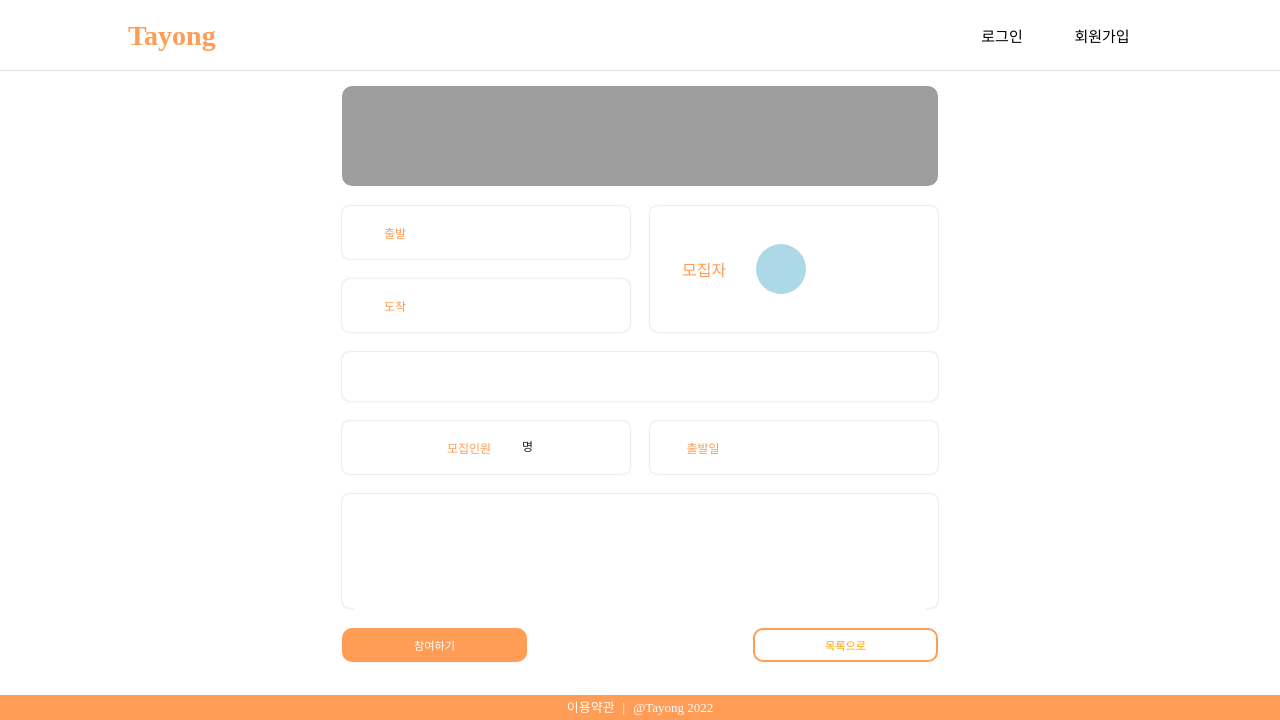
Repository: YEOMJINSEOP/Tayong
Page: /detail (app in react/)
An editor plug-in stored every save of this project. The page is shown before and after the next save, followed by the edit.
The browser window is 1280 px wide. The pictures show the whole page.
Pictures or frames that could not be fetched are drawn as grey boxes. The page's requests for data from a server got no answer. Some web fonts or font styles are not loaded; a fallback is used. The project was rebuilt for these pictures with package versions that can differ from the ones it lists, and the page was loaded fresh each time. No one was signed in, and anything a server would have sent is missing. Also part of the build but not shown: react/src/components/departure/departure.jsx, react/src/components/arrival/arrival.jsx, react/src/components/locationSelector/locationSelector.jsx, react/src/pages/Home.jsx, react/src/components/meet/meet.jsx, react/src/components/list/meetList.jsx, react/src/pages/List.jsx, react/src/components/form/form.jsx and 5 more.

Above is the page before, as saved 2022-12-09 10:30:18.

### react/public/index.html
<!DOCTYPE html>
<html lang="en">
  <head>
    <base href="/" />
    <meta charset="utf-8" />
    <link rel="icon" href="%PUBLIC_URL%/favicon.ico" />
    <meta name="viewport" content="width=device-width, initial-scale=1" />
    <meta name="theme-color" content="#000000" />
    <meta
      name="description"
      content="Web site created using create-react-app"
    />
    <link rel="apple-touch-icon" href="%PUBLIC_URL%/logo192.png" />
    <!--
      manifest.json provides metadata used when your web app is installed on a
      user's mobile device or desktop. See https://developers.google.com/web/fundamentals/web-app-manifest/
    -->
    <link rel="manifest" href="%PUBLIC_URL%/manifest.json" />
    <!--
      Notice the use of %PUBLIC_URL% in the tags above.
      It will be replaced with the URL of the `public` folder during the build.
      Only files inside the `public` folder can be referenced from the HTML.

      Unlike "/favicon.ico" or "favicon.ico", "%PUBLIC_URL%/favicon.ico" will
      work correctly both with client-side routing and a non-root public URL.
      Learn how to configure a non-root public URL by running `npm run build`.
    -->
    <title>React App</title>
  </head>
  <body>
    <noscript>You need to enable JavaScript to run this app.</noscript>
    <div id="root"></div>
    <!--
      This HTML file is a template.
      If you open it directly in the browser, you will see an empty page.

      You can add webfonts, meta tags, or analytics to this file.
      The build step will place the bundled scripts into the <body> tag.

      To begin the development, run `npm start` or `yarn start`.
      To create a production bundle, use `npm run build` or `yarn build`.
    -->
  </body>
</html>

### react/src/App.module.css
:root{

  /* color */
  --color-orange: #FF9C55;
  --color-light-grey: #e0e0e0;
  --color-white: #ffffff;
  --color-black: #201F1E;


  /* font family */
  --font-famiy-pretendard-regular: 'Pretendard-Regular';
  --font-family-leferipoint-black: 'LeferiPoint-BlackA';
  --font-family-leferibase-regular: 'LeferiBaseType-RegularA';
  --font-family-leferibase-bold:  'LeferiBaseType-BoldA';

  /* font size */
  --font-large: 48px;
  --font-medium: 28px;
  --font-regular: 18px;
  --font-small: 14px;
  --font-semi-small: 12px;
  --font-micro: 10px;

  /* font weight */
  --weight-pretendard-thin:  100;
  --weight-pretendard-extraLight:  200;
  --weight-pretendard-light: 300;
  --weight-pretendard-regular: 400;
  --weight-pretendard-medium:  500;
  --weight-pretendard-semiBold:  600;
  --weight-pretendard-bold:  700;
  --weight-pretendard-extraBold: 800;
  --weight-pretendard-black: 900;

  --weight-leferi-point-white: 200;
  --weight-leferi-point-black: 700;

  --weight-leferi-base-regular: 400;
  --weight-leferi-base-bold: 700;

 /* border weight */
 --border-weight: 1.5px;

 /* border radius */
 --border-radius: 0.7rem;
}

/* universal setting*/
*{
  margin: 0;
  box-sizing: border-box;
}

@font-face {
  font-family: 'LeferiPoint-BlackA';
  src: url('https://cdn.jsdelivr.net/gh/projectnoonnu/noonfonts_2201-2@1.0/LeferiPoint-BlackA.woff') format('woff');
  font-weight: normal;
  font-style: normal;
}


@font-face {
  font-family: 'LeferiBaseType-BoldA';
  src: url('https://cdn.jsdelivr.net/gh/projectnoonnu/noonfonts_2201-2@1.0/LeferiBaseType-BoldA.woff') format('woff');
  font-weight: normal;
  font-style: normal;
}

@font-face {
  font-family: 'LeferiBaseType-RegularA';
  src: url('https://cdn.jsdelivr.net/gh/projectnoonnu/noonfonts_2201-2@1.0/LeferiBaseType-RegularA.woff') format('woff');
  font-weight: normal;
  font-style: normal;
}

@font-face {
  font-family: 'Pretendard-Regular';
  src: url('https://cdn.jsdelivr.net/gh/Project-Noonnu/noonfonts_2107@1.1/Pretendard-Regular.woff') format('woff');
  font-weight: 400;
  font-style: normal;
}



input:focus{
  outline: none;
}

button{
  border: none;
  cursor: pointer;
  background-color: transparent;
}

### react/src/pages/Detail.jsx
import React from 'react';
import Footer from '../components/footer/footer';
import Header from '../components/header/header';
import MeetDetail from '../components/meetDetail/meetDetail'

function Detail(props) {
  return (
    <>
      <Header/>
      <MeetDetail/>
      <Footer/>
    </>
  );
}

export default Detail;

### react/src/components/header/header.jsx
import React from 'react';
import { useEffect } from 'react';
import { useState } from 'react';
import { useNavigate } from 'react-router-dom';
import styles from './header.module.css';
import getData from '../../service/getData';

function Header(props) {
  const navigate = useNavigate();
  const[loginId, setLoginId] = useState("로그인");
  const[loginSucceed, setLoginSucceed] = useState(0);

  const showLoginId = () => {
    if(loginSucceed == 1){
      return loginId;
    }
    else{
      return '로그인';
    }
  }

  const showSignUp = () => {
    if(loginSucceed == 1){
      return "";
    }
    else{
      return '회원가입'
    }
  }

  useEffect(() => {
    const getUrl = 'https://yw1nspc2nl.execute-api.ap-northeast-2.amazonaws.com/dev/loginValue';
    getData(getUrl)
      .then(data => {
        const isLoginSucceed = JSON.parse(data.data['loginSuccess']);
        const loginId = data.data['loginId'];
        console.log(isLoginSucceed);
        setLoginSucceed(isLoginSucceed);
        setLoginId(loginId);
      })
  })

  return (
    <>
      <nav className={styles.navbar}>
        <p className={styles.logo} onClick={() => {
          navigate(`/`)
        }} >Tayong</p>
        <div className={styles.navbarBtn}>
          <button className={styles.btn} onClick={() => {navigate('/login')}}>{showLoginId()}</button>
          <button className={styles.btn} onClick={() => {navigate('/signup')}}>{showSignUp()}</button>
        </div>
      </nav>
    </>
  );
}

export default Header;

### react/src/components/footer/footer.jsx
import React from 'react';
import styles from './footer.module.css';

function Footer(props) {
  return (
     <footer className={styles.footer}>
      <p className={styles.contract}>이용약관</p>
      <span className={styles.divider}>  |  </span>
      <p className={styles.name}>@Tayong 2022</p>
     </footer>
  );
}

export default Footer;

### react/src/components/meetDetail/meetDetail.jsx
import React, { useState } from 'react';
import styles from './meetDetail.module.css'
import { FiCalendar} from 'react-icons/fi';
import axios from 'axios';
import { useEffect } from 'react';
import { useNavigate, useParams } from 'react-router-dom';
import getData from '../../service/getData';
import postData from '../../service/postData';

function MeetDetail(props) {

  const navigate = useNavigate();


  const [departure, setDeparture] = useState("");
  const [arrival, setArrival] = useState("");
  const [remainingTime, setRemainingTime] = useState("");
  const [recruitment, setRecruitment] = useState("");
  const [transport, setTransport] = useState("");
  const [hostId, setHostId] = useState("");
  const [title, setTitle] = useState("");
  const [content, setContent] = useState("");
  const [randomKey, setRandomKey] = useState("");
  const[loginId, setLoginId] = useState("로그인");

  //-----------------ML 파트 결과 받아오기--------------------//
  const[resultML, setResultML] = useState(0);
  // 99번째 줄로 이동
  // 아직 받아와서 실행하는 코드는 없음.
  //----------------------------------------------//


  const imgTransport = 'https://img.freepik.com/free-photo/man-driving-car-from-rear-view_1359-494.jpg?w=1800&t=st=1667398765~exp=1667399365~hmac=8304fbbb3ab8792ecbc4535a7e8d5241ae499a2c44d4922f5de295d8b8df3d8f';
  const imgTaxi = 'https://img.freepik.com/free-photo/taxi-sign-roof-top-car_74190-1728.jpg?w=1800&t=st=1667398413~exp=1667399013~hmac=efcccc4afa78711c2ff1407418bf496be6c0ddf73fe37c1c3ecf06f936d5bc24';


  //-----------------참여하기 버튼--------------------//
  // 로그인 정보 받아오기
  useEffect(() => {

    const getUrl = 'https://yw1nspc2nl.execute-api.ap-northeast-2.amazonaws.com/dev/loginValue';
    getData(getUrl)
      .then(data => {
        const loginId = data.data['loginId'];
        setLoginId(loginId);
      })
  }, [])


  // 참여하기 버튼 누르면 id와 meetId 전송하기
  const onJoinHandler = () => {
    // 참여하는 loginId를 participateUrl로 post합니다.
    const joinUrl = "https://yw1nspc2nl.execute-api.ap-northeast-2.amazonaws.com/dev/participate"

    // 로그인 되어있지 않으면 경고창을 띄웁니다.
    if(loginId == '로그인'){
      alert('참여하려면 로그인이 필요합니다');
    }

    // 로그인 되어있으면 참여 데이터를 전송하고, 해당 모임 페이지로 이동합니다. 이때 randomKey로 url 이동합니다.
    else{
      let joinData = {
        loginId: loginId,
        randomKey: {randomKey}  // 참여하기 버튼을 누르면 로그인 한 아이디와, randomKey가 joinData로 전송됩니다.
      }
      console.log('joinData', joinData);
      postData(joinUrl, joinData);
      navigate(`/participate/${randomKey}`);
    }
  }

  //----------------------------------------------//


//-----------------데이터 받아오기-------------------//
  let param = useParams();

  useEffect(() => {
    fetch('https://yw1nspc2nl.execute-api.ap-northeast-2.amazonaws.com/dev/getmeetdetail')
    .then(res => res.json())
    .then(data => {

      var k=0;
      for (var i = 0; i < JSON.parse(data['body']).length; i++) {
        if(JSON.parse(data['body'])[i].randomKey==param['*'].split('/')[0]){     // 이제 제목이 아닌 randomKey로 해당 모임 정보를 가져옵니다!
            k=i;

        }

      }
      // console.log("dd"+param['*'].split('/'));
      setDeparture(JSON.parse(data['body'])[k].departure);
      setArrival(JSON.parse(data['body'])[k].arrival);
      setRemainingTime(JSON.parse(data['body'])[k].remainingTime);
      setRecruitment(JSON.parse(data['body'])[k].recruitment);
      setTransport(JSON.parse(data['body'])[k].transport);
      setTitle(JSON.parse(data['body'])[k].title);
      setContent(JSON.parse(data['body'])[k].content);
      setHostId(JSON.parse(data['body'])[k].id);
      setRandomKey(JSON.parse(data['body'])[k].randomKey);   // randomKey를 meetDetail에서도 받아와서 갖고 있습니다.
      // setResultML(JSON.parse(data['body'])[k].ML_recognition); // ML_recognition 받아와서 resultML로 저장
      console.log("this meet UUID = ",JSON.parse(data['body'])[k].randomKey);

    });
  }, [])
  //----------------------------------------------//
  const selectImg = (transport) => {
    if(transport == '자가용'){
      return imgTransport;
    } else{
      return imgTaxi;
    }
  }

  return (
    <div className={styles.container}>
        <img className={styles.imgTransport} src= {selectImg(`${transport}`)} alt="transport image" />
        <div className={styles.locAndUserContainer}>
          <div className={styles.location}>
            <div className={styles.departure}>
              <label className={styles.meetDetailLable} htmlFor='departure'>출발</label>
              <input type="text" id='departure' name='departure' value={departure} readOnly/>
            </div>
            <div className={styles.arrival}>
              <label className={styles.meetDetailLable} htmlFor='arrival'>도착</label>
              <input type="text" id='arrival' name='arrival' value={arrival} readOnly/>
            </div>
          </div>
          <div className={styles.user}>
            <div className={styles.userInfo}>
              <div className={styles.userInfoInfo}>모집자</div>
              <div className={styles.userAvatar}></div>
              <p>{hostId}</p>
            </div>
          </div>
        </div>
        <input className={styles.title} type="text" id='title' name='title' value={title} readOnly/>
        <div className={styles.info}>
          <div className={styles.recruitment}>
            <label className={styles.meetDetailLable} htmlFor='recruitment'>모집인원</label>
            <input type="text" id='recruitment' name='recruitment' value={recruitment} readOnly/>
            <p>명</p>
          </div>
          <div className={styles.remainingTime}>
            <label className={styles.meetDetailLable} htmlFor='remainingTime'>출발일</label>
            <input  type="text" id='remainingTime' name='remainingTime' value={remainingTime} readOnly/>
          </div>
        </div>

        <div className={styles.content}>
            <textarea cols="88" rows="6" maxLength="300" name='content' value={content} readOnly></textarea>
        </div>

        <div className={styles.btns}>
          <button className={styles.btn_join} onClick={onJoinHandler}>참여하기</button>
          {/* <button className={styles.btn_chat}><a href="http://tayongchat.s3-website.ap-northeast-2.amazonaws.com/">채팅하기</a></button> */}
          <button className={styles.btn_backToList} onClick={() => {
            navigate(-1);
          }}>목록으로</button>
        </div>
    </div>
  );
}

export default MeetDetail;

### react/src/components/header/header.module.css
@import '../../App.module.css';

@font-face {
  font-family: 'LeferiPoint-BlackA';
  src: url('https://cdn.jsdelivr.net/gh/projectnoonnu/noonfonts_2201-2@1.0/LeferiPoint-BlackA.woff') format('woff');
  font-weight: normal;
  font-style: normal;
}

button{
  width: 4rem;
  font-size: 0.7rem;
}

.navbar{
  z-index: 1;
  width: 100%;
  height: 71px;

  position: fixed;

  background-color: var(--color-white);
  border-bottom: var(--border-weight) solid var(--color-light-grey);
  display: flex;
  align-items: center;
  justify-content: space-between;
}

.logo{
  font-family: 'LeferiPoint-BlackA';
  font-size: var(--font-medium);
  font-weight: bold;
  color: var(--color-orange);
  padding-left: 10vw;
  cursor: pointer;
}

.navbarBtn{
  display: flex;
  flex-direction: row;
  justify-content: center;
  align-items: center;
  padding-right: 10vw;
}

.btn{
  font-family: var(--font-famiy-pretendard-regular);
  font-size: 15px;
  font-weight: var(--weight-pretendard-light);
  width: 100px;
  height: 1.2rem;
  padding: 0;
  cursor: pointer;
}

@media screen and (max-width: 768px){

  .btn {
    font-size: 11px;
    width:fit-content;
    margin-left: 12px;
  }
  .navbarBtn{
    display: flex;
    justify-content: right;
  }
}

### react/src/service/getData.jsx
import axios from 'axios';

const getData = (url) => {
  return axios.get(url);
}

export default getData;

### react/src/components/footer/footer.module.css
@import '../../App.module.css';

.footer{
  width: 100%;
  height: 25px;

  position: fixed;
  bottom: 0;

  background-color: var(--color-orange);

  display: flex;
  flex-direction: row;
  justify-content: center;
  align-items: center;
  font-size: var(--font-micro)
}

.contract, .name, .divider{
  font-family: var(--font-famiy-pretendard-regular);
  color: var(--color-white);
  font-size: 13px;
}

.divider{
  margin: 0 8px;
}

.contract:hover{
  cursor: pointer;
}

### react/src/components/locationSelector/locationSelector.module.css
@import '../../App.module.css';

.locationSelector{
  position: fixed;

  width: 100%;
  margin: auto;
  top: 35%;

  display: flex;
  flex-direction: column;
  align-items: center;
}

.location{
  display: flex;
  flex-direction: row;
  justify-content: space-between;
  margin-bottom: 30px;
}

.info{
  font-size: 20px;
  color: var(--color-black);
  text-align: center;
  padding-bottom: 0.5rem;
}


.info span{
  font-size: 26px;
  font-weight: var(--weight-pretendard-medium);
  color: var(--color-orange);
}

.ocos{
  font-family: var(--font-family-leferibase-bold);
}

.info{
  margin-bottom: 1;
}


.arrow{

  margin-top: 80px;
  display: flex;
  align-items:center;
  font-size: 30px;
  color: var(--color-orange);
}


.submitBtn{

  position: fixed;
  top: 62%;
  outline: none;
  width: 201px;
  height: 51px;

  font-family: var(--font-family-pretendard-regular);
  font-weight: var(--weight-pretendard-semiBold);
  font-size: 16px;
  color: var(--color-white);

  background-color: var(--color-orange);
  border-radius: var(--border-radius);
}


@media screen and (max-width: 768px){

.info{
    font-size: 16px;
    color: var(--color-black);
    text-align: center;
    padding-bottom: 0.5rem;
}


.info span{
    font-size: 22px;
    font-weight: var(--weight-pretendard-medium);
    color: var(--color-orange);
}

.ocos{
    font-size: 22px;
    font-family: var(--font-family-leferibase-bold);
}

.arrow{
  transform: rotate(90deg);
}

.departure{
  margin-bottom: 30px;
}

.arrival{
  margin-top: 30px;
}


.location{
  position: fixed;
  top: 15%;
  display: flex;
  flex-direction: column;
  justify-content: center;
  align-items: center;
  margin-bottom: 30px;
}

.arrow{
  margin: 20px 0;
  padding: 0;
}

.submitBtn {
  position: fixed;
  top: 75%;
}
}

### react/src/service/postData.jsx
import React from 'react';
import axios from 'axios';


const postData = (url, data) => {
  axios
  .post(url, data)
  .then(
    (res) => {
      console.log(res);
      console.log("data post complete🥕");
    }
  )
}

export default postData;

### react/src/components/loginForm/loginForm.module.css
@import '../../App.module.css';

.logInContainer{
    position: absolute;
    top: 22%;

    width: 100%;
    display: flex;
    flex-direction: column;
    align-items: center;
    justify-content: center;

}

.logo{
  font-family: 'LeferiPoint-BlackA';
  font-size: 50px;
  font-weight: bold;
  color: var(--color-orange);

  cursor: pointer;
}

.email {
  display: flex;
  flex-direction: column;
  align-items: flex-start;
  margin-top: 40px;
}

.email input{
  width: 390px;
  height: 48px;

  border: 1px solid #CCCCCC;
  border-radius: 6px;

  margin-top: 10px;
  padding-left: 15px;
  text-align: left;
}

.password{
  display: flex;
  flex-direction: column;
  align-items: flex-start;
  margin-top: 30px;
}

.password input{
  width: 390px;
  height: 48px;

  border: 1px solid #CCCCCC;
  border-radius: 6px;

  margin-top: 10px;

  padding-left: 15px;
  text-align: left;
}

label {
  font-family: var('Pretendard-Regular');
  font-weight: 600;
  color: var(--color-black);
  font-size: 18px;
  margin: 0;
  width: 100%;
}

.submitBtn {
  width: 390px;
  height: 52px;

  margin-top: 36px;

  background: #FF9C55;
  border-radius: 6px;

  font-family: var('Pretendard-Regular');
  color: var(--color-white);
  font-weight: 600;
  font-size: 18px;
  line-height: 22px;

  cursor: pointer;
}

.extraFunc {
  display: flex;
  flex-direction: row;
  justify-content: space-between;

  font-family: var('Pretendard-Regular');
  font-weight: 300;
  font-size: 14px;
  line-height: 17px;
  text-decoration-line: underline;
  color: var(--color-black);

  width: 390px;
  margin-top: 12px;

}

.extraFunc p{
  cursor:pointer;
}

### react/src/components/signUpForm/signUpForm.module.css
@import '../../App.module.css';

.logInContainer{
    position: absolute;
    top: 12%;

    width: 100%;
    display: flex;
    flex-direction: column;
    align-items: center;
    justify-content: center;

}

.title{
  font-family: var('Pretendard-Regular');
  font-size: 36px;
  font-weight: bold;
  color: var(--color-orange);

  cursor: pointer;
}

.email {
  display: flex;
  flex-direction: column;
  align-items: flex-start;
  margin-top: 40px;
}

.email input{
  width: 390px;
  height: 48px;

  border: 1px solid #CCCCCC;
  border-radius: 6px;

  margin-top: 10px;
  padding-left: 15px;
  text-align: left;
}

.authBtn{
  width: 79px;
  height: 48px;
  margin-left: 9px;
  background-color: var(--color-orange);
  border-radius: 6px;

  color: var(--color-white);
  font-family: var('Pretendard-Regular');
  font-weight: 500;
  font-size: 16px;
  line-height: 19px;
}

.password{
  display: flex;
  flex-direction: column;
  align-items: flex-start;
  margin-top: 30px;
}

.password input{
  width: 390px;
  height: 48px;

  border: 1px solid #CCCCCC;
  border-radius: 6px;

  margin-top: 10px;

  padding-left: 15px;
  text-align: left;
}

label {
  font-family: var('Pretendard-Regular');
  font-weight: 600;
  color: var(--color-black);
  font-size: 18px;
  margin: 0;
  width: 100%;
}

.submitBtn {
  width: 390px;
  height: 52px;

  margin-top: 36px;

  background: #FF9C55;
  border-radius: 6px;

  font-family: var('Pretendard-Regular');
  color: var(--color-white);
  font-weight: 600;
  font-size: 18px;
  line-height: 22px;

  cursor: pointer;
}

.nickname {
  display: flex;
  flex-direction: column;
  align-items: flex-start;
  margin-top: 40px;
}

.nickname input{
  width: 390px;
  height: 48px;

  border: 1px solid #CCCCCC;
  border-radius: 6px;

  margin-top: 10px;
  padding-left: 15px;
  text-align: left;
}

### react/src/components/departure/departure.module.css
@import '../../App.module.css';


.departure{
  margin: 0 3rem;
}

.info{
  font-size: 20px;
  color: var(--color-black);
  text-align: center;
  padding-bottom: 0.5rem;
}


.info span{
  font-size: 26px;
  font-weight: var(--weight-pretendard-medium);
  color: var(--color-orange);
}

.inputBox{
  width: 300px;
  height: 81px;
  padding: 0 0.5rem;

  background-color: var(--color-white);
  box-shadow: 0px 0px 4px rgba(0, 0, 0, 0.25);
  border-radius: 1rem;

  display: flex;
  justify-content: center;
  align-items: center;
}

.input{
  border: none;
  outline: none;
  font-weight: var(--weight-pretendard-light);
  font-size: 18px;
  text-align: center;
}

.searchIcon{
  width: 28px;
  height: 28px;
  color: var(--color-orange);
}


.ocos{
  font-family: var(--font-family-leferibase-bold);
}



.searchDropDown ul{
  list-style: none;
  padding: 0;
}

.searchDropDown li{
  width: 100%;
  margin-bottom: 0.1px;

  border: 0.5px solid lightgrey;
  border-radius: 4px;
}

.searchDropDown li:hover{
  border: 0.5px solid var(--color-orange);
}

.searchDropDown button{
  width: 100%;
  height: 32px;

  font-family: var(--font-family-pretendard-regular);

  font-size: 18px;

/*
  border: 1px solid var(--color-orange); */
}

@media screen and (max-width: 768px){
  .searchIcon{
    width: 20px;
    height: 20px;
  }
}

### react/src/components/arrival/arrival.module.css
@import '../../App.module.css';


.arrival{
  margin: 0 3rem;
}

.inputBox{
  width: 300px;
  height: 81px;
  padding: 0 0.5rem;

  background-color: var(--color-white);
  box-shadow: 0px 0px 4px rgba(0, 0, 0, 0.25);
  border-radius: 1rem;

  display: flex;
  justify-content: center;
  align-items: center;
}


.input{
  border: none;
  outline: none;
  font-weight: var(--weight-pretendard-light);
  font-size: 18px;
  text-align: center;
}


.searchIcon{
  width: 28px;
  height: 28px;
  color: var(--color-orange);
}

.ocos{
  font-family: var(--font-family-leferibase-bold);
}


.searchDropDown ul{
  list-style: none;
  padding: 0;
}

.searchDropDown li{
  width: 100%;
  margin-bottom: 0.1px;

  border: 0.5px solid lightgrey;
  border-radius: 4px;
}

.searchDropDown li:hover{
  border: 0.5px solid var(--color-orange);
}

.searchDropDown button{
  width: 100%;
  height: 32px;

  font-family: var(--font-family-pretendard-regular);

  font-size: 18px;

/*
  border: 1px solid var(--color-orange); */
}

@media screen and (max-width: 768px){
  .searchIcon{
    width: 20px;
    height: 20px;
  }
}

Loaded but not shown: react/src/index.js (common file); react/src/index.css (common file); react/src/reportWebVitals.js (common file); react/src/App.js (53 lines, source omitted); react/src/components/meetDetail/meetDetail.module.css (254 lines, source omitted); react/src/components/form/form.module.css (225 lines, source omitted); react/src/components/list/meetList.module.css (206 lines, source omitted); react/src/components/meet/meet.module.css (135 lines, source omitted)

After the next save:
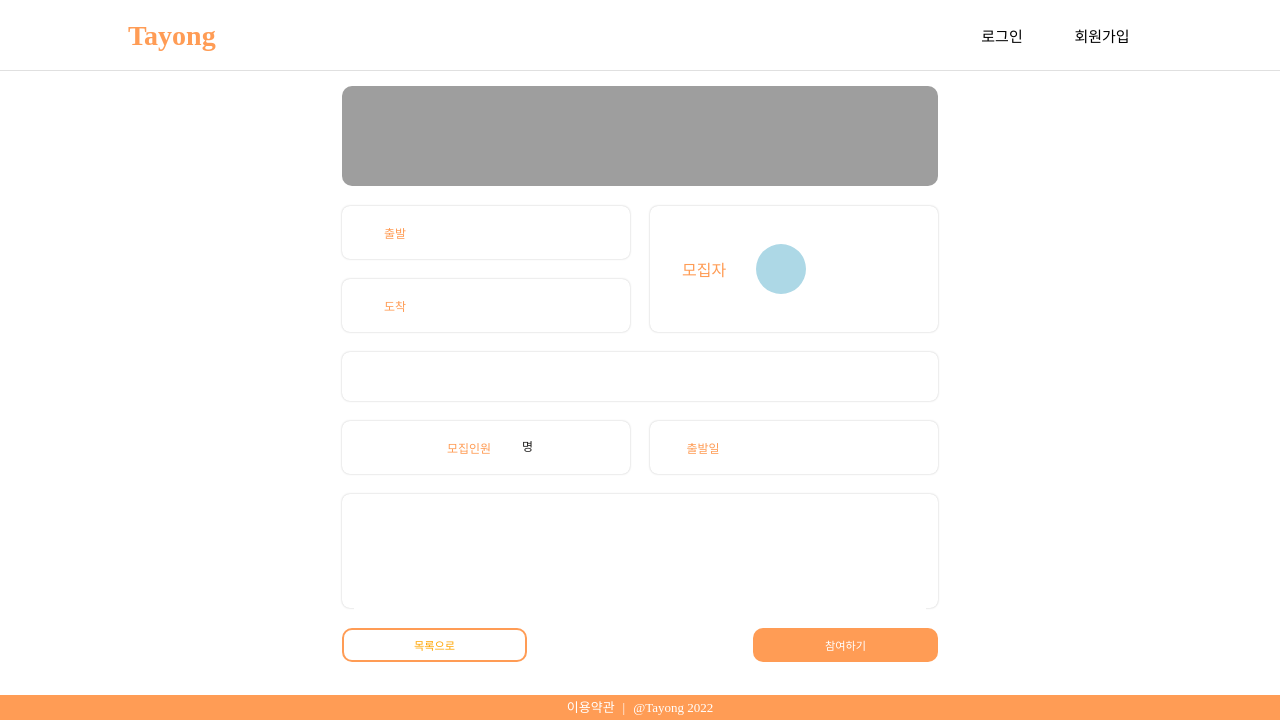
Saved 12 s later.
--- a/react/src/components/meetDetail/meetDetail.jsx
+++ b/react/src/components/meetDetail/meetDetail.jsx
@@ -152,11 +152,11 @@ function MeetDetail(props) {
         </div>
 
         <div className={styles.btns}>
-          <button className={styles.btn_join} onClick={onJoinHandler}>참여하기</button>
           {/* <button className={styles.btn_chat}><a href="http://tayongchat.s3-website.ap-northeast-2.amazonaws.com/">채팅하기</a></button> */}
           <button className={styles.btn_backToList} onClick={() => {
             navigate(-1);
           }}>목록으로</button>
+          <button className={styles.btn_join} onClick={onJoinHandler}>참여하기</button>
         </div>
     </div>
   );
